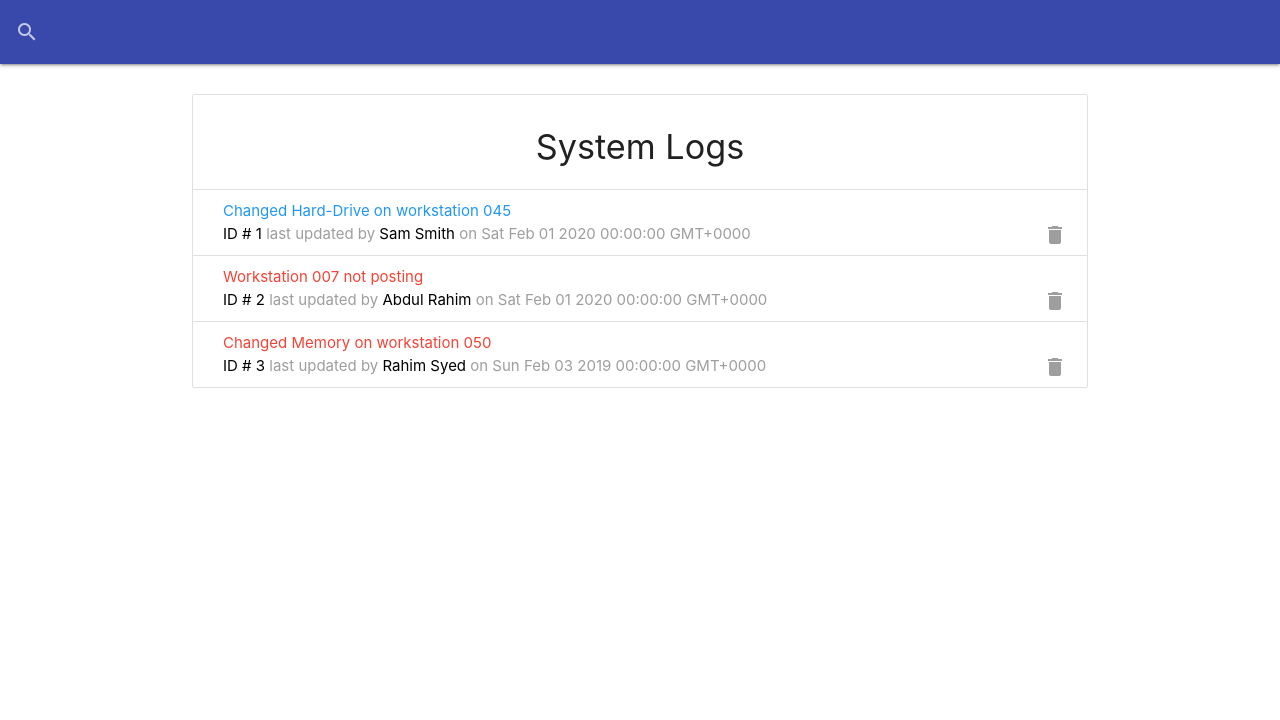
Repository: syedabdulrahim/IT_Logger
Page: /
These files come from the project's save history. The page is drawn as it stood at one moment and after the next save; the edit follows.
The browser window is 1280 px wide. The pictures show the whole page.
The project was rebuilt for these pictures with package versions that can differ from the ones it lists, and the page was loaded fresh each time. Requests to the local data server were answered from the project's data file. Also part of the build but not shown: src/App.css.

Above is the page before, as saved 2020-11-01 18:35:39.

After the next save:
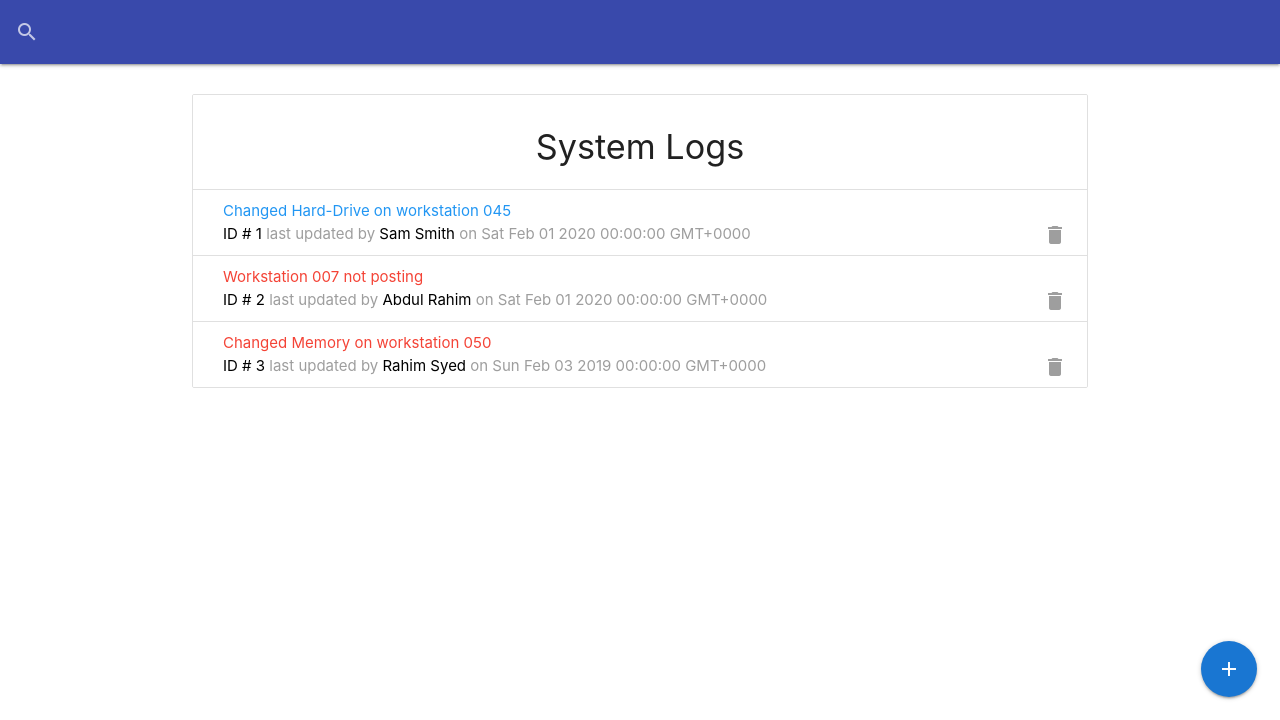
Saved 15 s later.
--- a/src/App.js
+++ b/src/App.js
@@ -20,6 +20,7 @@ const App=()=> {
     <React.Fragment>
         <SearchBar></SearchBar>
         <div className="container">
+          <AddBtn></AddBtn>
           <Logs/>
         </div>
     </React.Fragment>
